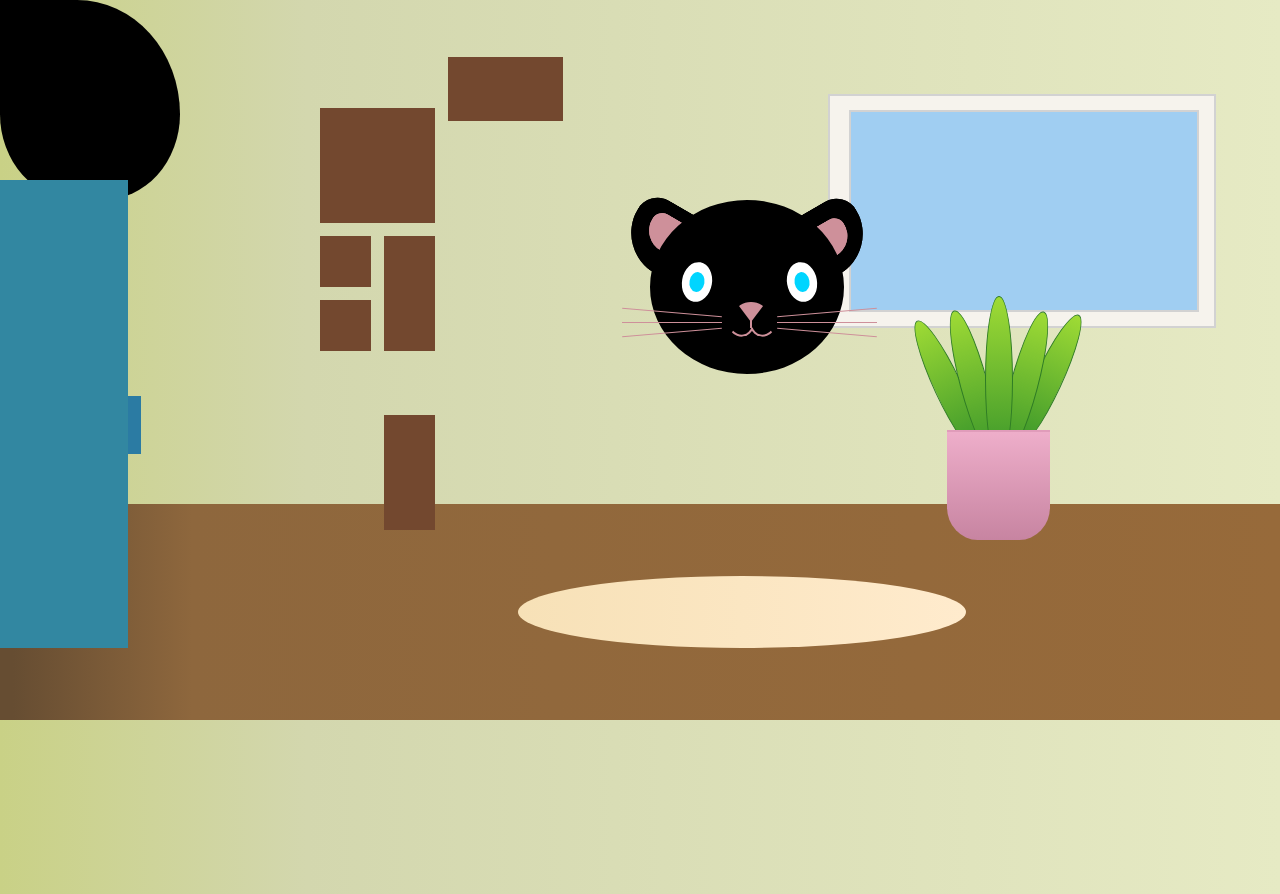
Repository: SandyLy453/COMP-2170-team-project
Page: index.html
These files come from the project's save history. The page is drawn as it stood at one moment and after a run of saves; the edit follows.
The browser window is 1280 px wide. The pictures show the whole page.

Above is the page before, as saved 2024-05-03 13:48:32.

### index.html
<!DOCTYPE html>
<html lang="en">
<head>
    <meta charset="UTF-8">
    <meta name="viewport" content="width=device-width, initial-scale=1.0">
    <title>Team Project: Doll Dress-Up Game</title>
    <link rel="stylesheet" href="styles.css" />
</head>
<body>
    <main class="main-area">
        <div class="background">
            <div class="floor"></div>
            <div class="closet">
                <div class="openner"></div>
            </div>
            <div class="carpet"></div>
            <div class="window">
                <div class="outside"></div>
            </div>
            <div class="plantPot">
                <div class="leaves">
                    <div class="plant"></div>
                    <div class="plant-left-one"></div>
                    <div class="plant-right-one"></div>
                    <div class="plant-left-two"></div>
                    <div class="plant-right-two"></div>
                </div>
                <div class="pot"></div>
            </div>
            <div class="picturesCombo">
                <div class="pictures-one">
                    <div class="pic-one"></div>
                </div>
                <div class="pictures-two">
                    <div class="pic-two"></div>
                </div>
                <div class="pictures-three">
                    <div class="pic-three"></div>
                </div>
                <div class="pictures-four">
                    <div class="pic-four"></div>
                </div>
                <div class="pictures-five">
                    <div class="pic-five"></div>
                </div>
                <div class="pictures-six">
                    <div class="pic-six"></div>
                </div>
            </div>
        </div>

        <div class="character">
            <div class="cat">
                <div class="cat-head">
                    <div class="ears">

                        <div class="left-ear">
                            <div class="left-inner-ear">
                            </div>
                        </div>

                        <div class="right-ear">
                            <div class="right-inner-ear">
                            </div>
                        </div>
                    </div>

                    <div class="cat-eyes">
                        <div class="left-eye">
                            <div class="left-inner-eye">
                            </div>
                        </div>
                        <div class="right-eye">
                            <div class="right-inner-eye">
                            </div>
                        </div>
                    </div>

                    <div class="cat-nose"></div>

                    <div class="cat-mouth">
                        <div class="middle-line"></div>
                        <div class="left-line"></div>
                        <div class="right-line"></div>
                    </div>

                    <div class="cat-whiskers-left">
                        <div class="whisker-left-top"></div>
                        <div class="whisker-left-middle"></div>
                        <div class="whisker-left-bottom"></div>
                    </div>
                    <div class="cat-whiskers-right">
                        <div class="whisker-right-top"></div>
                        <div class="whisker-right-middle"></div>
                        <div class="whisker-right-bottom"></div>
                    </div>
                </div>

                <div class="cat-body">
                    <div class="arm left-arm"></div>
                    <div class="arm right-arm"></div>
                    <div class="foot left-foot"></div>
                    <div class="foot right-arm"></div>
                </div>
            </div>
        </div>
    </main>
    <script src="script.js"></script>
</body>
</html>

### styles.css
body {
    margin: 0;
    width: 100vw;
    min-height: 100vh;
    background: linear-gradient(90deg, rgba(201,209,134,1) 0%, rgba(211,215,174,1) 24%, rgba(230,234,196,1) 100%);
}

/* Background styling */

.background {
    z-index: -10;
}

.floor {
    position: absolute;
    bottom: 0;
    width: 100vw;
    height: 30vh;
    background: linear-gradient(90deg, rgba(102,77,50,1) 1%, rgb(142, 103, 61) 15%, rgba(151,106,58,1) 100%);
    z-index: -2;
}

.closet {
    position: absolute;
    bottom: 10vh;
    left: 0;
    width: 10vw;
    height: 65vh;
    background-color: rgb(50, 135, 161);
}

.openner {
    position: relative;
    width: 1vw;
    height: 8vh;
    left: 10vw;
    bottom: -30vh;
    background-color: rgb(43, 123, 163);
}

.carpet {
    width: 35vw;
    height: 10vh;
    border-radius: 50%;
    background: linear-gradient(90deg, rgba(247,225,183,1) 0%, rgba(255,235,205,1) 100%);
    position: absolute;
    bottom: 10vh;
    right: 24.5vw;
}

.window {
    width: 30vw;
    height: 32vh;
    background-color: rgb(246, 243, 237);
    position: absolute;
    right: 5vw;
    top: 13vh;
    border: 2px solid rgb(210, 210, 210);
    z-index: -10;
}

.outside {
    width: 27vw;
    height: 27.5vh;
    background-color: rgb(160, 206, 242);
    position: relative;
    left: 1.5vw;
    top: 2vh;
    border: 2px solid rgb(210, 210, 210)
}

.plantPot {
    position: absolute;
    right: 18vw;
    bottom: 25vh;
}

.pot {
    width: 8vw;
    height: 15vh;
    background: linear-gradient(180deg, rgba(238,174,202,1) 0%, rgba(199,132,161,1) 100%);
    border-bottom-left-radius: 30%;
    border-bottom-right-radius: 30%;
    border-top: 2px solid rgb(224, 156, 186);
    z-index: 2;
}

.leaves {
    position: relative;
    top: 29rem;
    left: 0.45rem;
}

.plant {
    height: 23vh;
    width: 2vw;
    background: linear-gradient(0deg, rgba(55,148,42,1) 0%, rgba(159,219,53,1) 100%);
    z-index: -1;
    position: relative;
    top: 10.5rem;
    left: 30%;
    border-radius: 100%;
    border: 1px solid rgb(47, 124, 37);
}

.plant-left-one {
    height: 21vh;
    width: 2vw;
    background: linear-gradient(0deg, rgba(55,148,42,1) 0%, rgba(159,219,53,1) 100%);
    z-index: -2;
    position: relative;
    top: 0.75rem;
    left: 0.35rem;
    border-radius: 100%;
    border: 1px solid rgb(47, 124, 37);
    transform: rotate(-15deg);
}

.plant-right-one {
    height: 21vh;
    width: 2vw;
    background: linear-gradient(0deg, rgba(55,148,42,1) 0%, rgba(159,219,53,1) 100%);
    z-index: -3;
    position: relative;
    top: -8.75rem;
    left: 3.5rem;
    border-radius: 100%;
    border: 1px solid rgb(47, 124, 37);
    transform: rotate(15deg);
}

.plant-left-two {
    height: 20vh;
    width: 2vw;
    background: linear-gradient(0deg, rgba(55,148,42,1) 0%, rgba(159,219,53,1) 100%);
    z-index: -4;
    position: relative;
    top: -18rem;
    left: -1.25rem;
    border-radius: 100%;
    border: 1px solid rgb(47, 124, 37);
    transform: rotate(-25deg);
}

.plant-right-two {
    height: 20vh;
    width: 2vw;
    background: linear-gradient(0deg, rgba(55,148,42,1) 0%, rgba(159,219,53,1) 100%);
    z-index: -5;
    position: relative;
    top: -27.5rem;
    left: 5rem;
    border-radius: 100%;
    border: 1px solid rgb(47, 124, 37);
    transform: rotate(25deg);
}

.picturesCombo {
    position: absolute;
    left: 25vw;
    top: 15vh;
}

.pictures-one {
    position: relative;
    width: 9vw;
    height: 9vw;
    background-color: rgb(115, 72, 47);
}

.pictures-two {
    position: relative;
    top: 1vw;
    width: 4vw;
    height: 4vw;
    background-color: rgb(115, 72, 47);
}

.pictures-three {
    position: relative;
    top: 2vw;
    width: 4vw;
    height: 4vw;
    background-color: rgb(115, 72, 47);
}

.pictures-four {
    position: relative;
    top: -7vw;
    left: 5vw;
    width: 4vw;
    height: 9vw;
    background-color: rgb(115, 72, 47);
}

.pictures-five {
    position: relative;
    top: -30vw;
    left: 10vw;
    width: 9vw;
    height: 5vw;
    background-color: rgb(115, 72, 47);
}

.pictures-six {
    position: relative;
    top: -7vw;
    left: 5vw;
    width: 4vw;
    height: 9vw;
    background-color: rgb(115, 72, 47);
}



/* Cat styling */

.cat-head {
    position: absolute;
    right: 0;
    left: 650px;
    top: 200px;
    bottom: 0;
    background-color: black;
    width: 190px;
    height: 170px;
    border: 2px solid black;
    border-radius: 50%;
}

.left-ear {
    position: absolute;
    z-index: -1;
    top: 0;
    left: -25px;
    border-top-left-radius: 80px;
    border-top-right-radius: 40px;
    transform: rotate(-60deg);
    border-left: 35px solid black;
    border-right: 35px solid black;
    border-bottom: 70px solid black;
}

.right-ear {
    position: absolute;
    z-index: -1;
    top: 1px;
    left: 145px;
    border-top-left-radius: 40px;
    border-top-right-radius: 80px;
    transform: rotate(60deg);
    border-left: 35px solid black;
    border-right: 35px solid black;
    border-bottom: 70px solid black;
}

.left-inner-ear {
    position: absolute;
    top: 0;
    left: -30px;
    transform: scale(0.5);
    border-top-left-radius: 80px;
    border-top-right-radius: 40px;
    border-bottom-right-radius: 40%;
    border-bottom-left-radius: 40%;
    border-left: 35px solid rgb(206, 144, 154);
    border-right: 35px solid rgb(206, 144, 154);
    border-bottom: 70px solid rgb(206, 144, 154);
}

.right-inner-ear {
    position: absolute;
    top: 0px;
    left: -35px;
    transform: scale(0.5);
    border-top-left-radius: 40px;
    border-top-right-radius: 80px;
    border-bottom-right-radius: 40%;
    border-bottom-left-radius: 40%;
    border-left: 35px solid rgb(206, 144, 154);
    border-right: 35px solid rgb(206, 144, 154);
    border-bottom: 70px solid rgb(206, 144, 154);
}

.left-eye {
    position: absolute;
    top: 60px;
    left: 30px;
    border-radius: 60%;
    transform: rotate(10deg);
    width: 30px;
    height: 40px;
    background-color: white;
}

.right-eye {
    position: absolute;
    top: 60px;
    left: 135px;
    border-radius: 60%;
    transform: rotate(-10deg);
    width: 30px;
    height: 40px;
    background-color: white;
}

.left-inner-eye {
    position: absolute;
    top: 0px;
    left: 0px;
    border-radius: 60%;
    transform: scale(0.5);
    width: 30px;
    height: 40px;
    background-color: rgb(0, 213, 255);
}

.right-inner-eye {
    position: absolute;
    top: 0px;
    left: 0px;
    border-radius: 60%;
    transform: scale(0.5);
    width: 30px;
    height: 40px;
    background-color: rgb(0, 213, 255);
}

.cat-nose {
    position: absolute;
    top: 100px;
    left: 84px;
    border-top-left-radius: 50%;
    border-top-right-radius: 50%;
    border-bottom-right-radius: 50%;
    border-bottom-left-radius: 50%;
    transform: rotate(180deg);
    border-left: 15px solid transparent;
    border-right: 15px solid transparent;
    border-bottom: 20px solid rgb(206, 144, 154);
}

/* .cat-mouth div{
    position: absolute;
    top: 50px;
    width: 30px;
    height: 50px;
    border: 2px solid rgb(206, 144, 154);
    border-radius: 190%/190px;
    border-color: rgb(206, 144, 154) transparent transparent transparent;
} */

.left-line {
    position: absolute;
    top: 81px;
    left: 69.5px;
    width: 30px;
    height: 50px;
    border: 2px solid rgb(206, 144, 154);
    border-radius: 80%;
    transform: rotate(170deg);
    border-color: rgb(206, 144, 154) transparent transparent transparent;
}

.middle-line {
    position: absolute;
    top: 120px;
    left: 94px;
    width: 10px;
    height: 2px;
    background-color: rgb(206, 144, 154);
    transform: rotate(90deg);
}

.right-line {
    position: absolute;
    top: 81px;
    left: 95.5px;
    width: 30px;
    height: 50px;
    border: 2px solid rgb(206, 144, 154);
    border-radius: 80%;
    transform: rotate(190deg);
    border-color: rgb(206, 144, 154) transparent transparent transparent;
}

.whisker-left-top {
    position: absolute;
    top: 110px;
    left: -30px;
    transform: rotate(5deg);
    width: 100px;
    height: 1px;
    background-color: rgb(206, 144, 154);
}

.whisker-left-middle {
    position: absolute;
    top: 120px;
    left: -30px;
    transform: rotate(0deg);
    width: 100px;
    height: 1px;
    background-color: rgb(206, 144, 154);
}

.whisker-left-bottom {
    position: absolute;
    top: 130px;
    left: -30px;
    transform: rotate(-5deg);
    width: 100px;
    height: 1px;
    background-color: rgb(206, 144, 154);
}

.whisker-right-top {
    position: absolute;
    top: 110px;
    left: 125px;
    transform: rotate(-5deg);
    width: 100px;
    height: 1px;
    background-color: rgb(206, 144, 154);
}

.whisker-right-middle {
    position: absolute;
    top: 120px;
    left: 125px;
    transform: rotate(0deg);
    width: 100px;
    height: 1px;
    background-color: rgb(206, 144, 154);
}

.whisker-right-bottom {
    position: absolute;
    top: 130px;
    left: 125px;
    transform: rotate(5deg);
    width: 100px;
    height: 1px;
    background-color: rgb(206, 144, 154);
}

.cat-body {
    width: 180px;
    height: 200px;
    background-color: black;
    border-top-left-radius: 0%;
    border-top-right-radius: 80%;
    border-bottom-left-radius: 60%;
    border-bottom-right-radius: 60%;
}

### script.js
const shirts = ["shirt1","shirt2","shirt3","shirt4", "shirt5"]

const bottoms = ["bottom1","bottom2","bottom3","bottom4", "bottom5"]

const accessories = ["acc1","acc2","acc3","acc4", "acc5"]

After the next 2 saves:
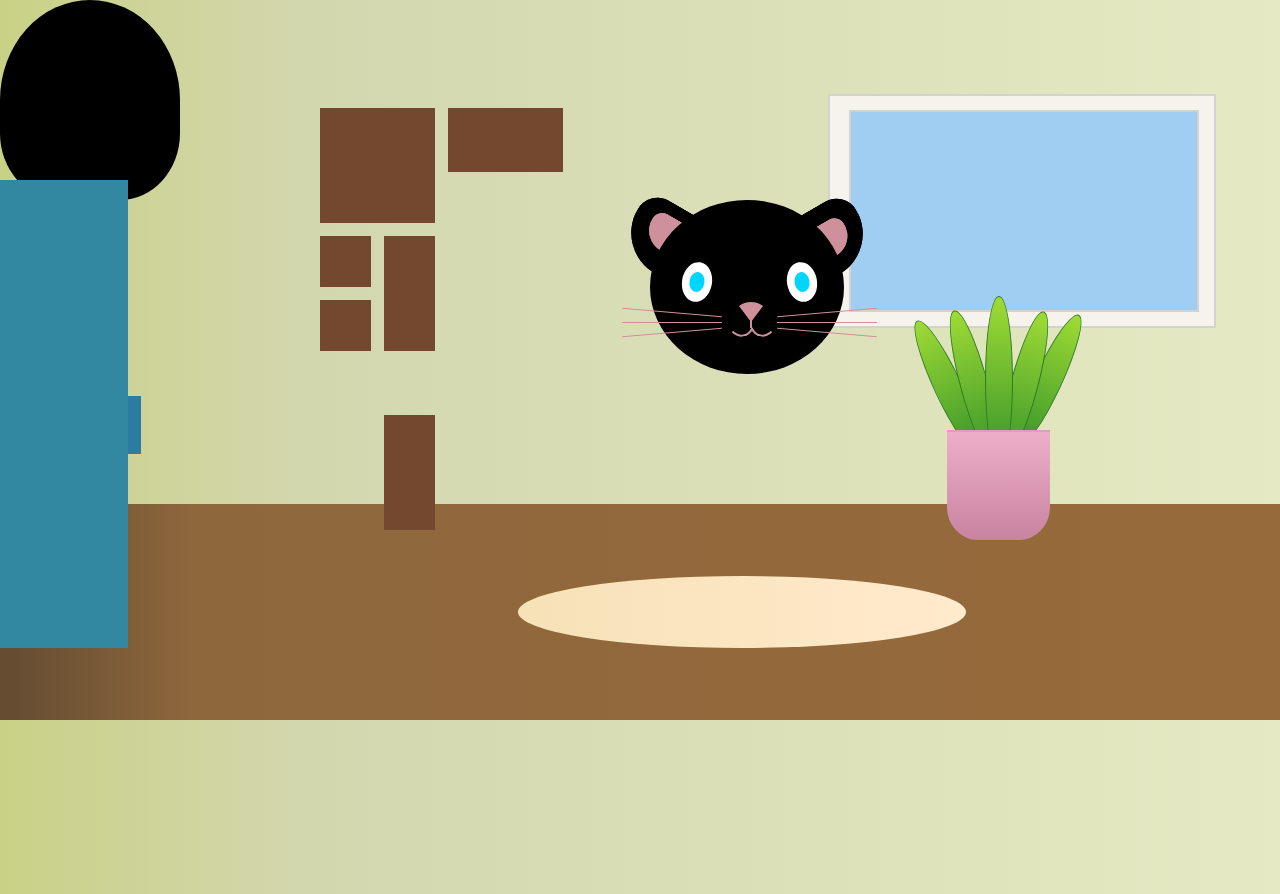
The 2 saves are shown as one change because they came seconds apart.
The last was saved 7 s later.
--- a/styles.css
+++ b/styles.css
@@ -195,7 +195,7 @@ body {
 
 .pictures-five {
     position: relative;
-    top: -30vw;
+    top: -26vw;
     left: 10vw;
     width: 9vw;
     height: 5vw;
@@ -448,8 +448,8 @@ body {
     width: 180px;
     height: 200px;
     background-color: black;
-    border-top-left-radius: 0%;
-    border-top-right-radius: 80%;
+    border-top-left-radius: 90%;
+    border-top-right-radius: 90%;
     border-bottom-left-radius: 60%;
     border-bottom-right-radius: 60%;
 }
